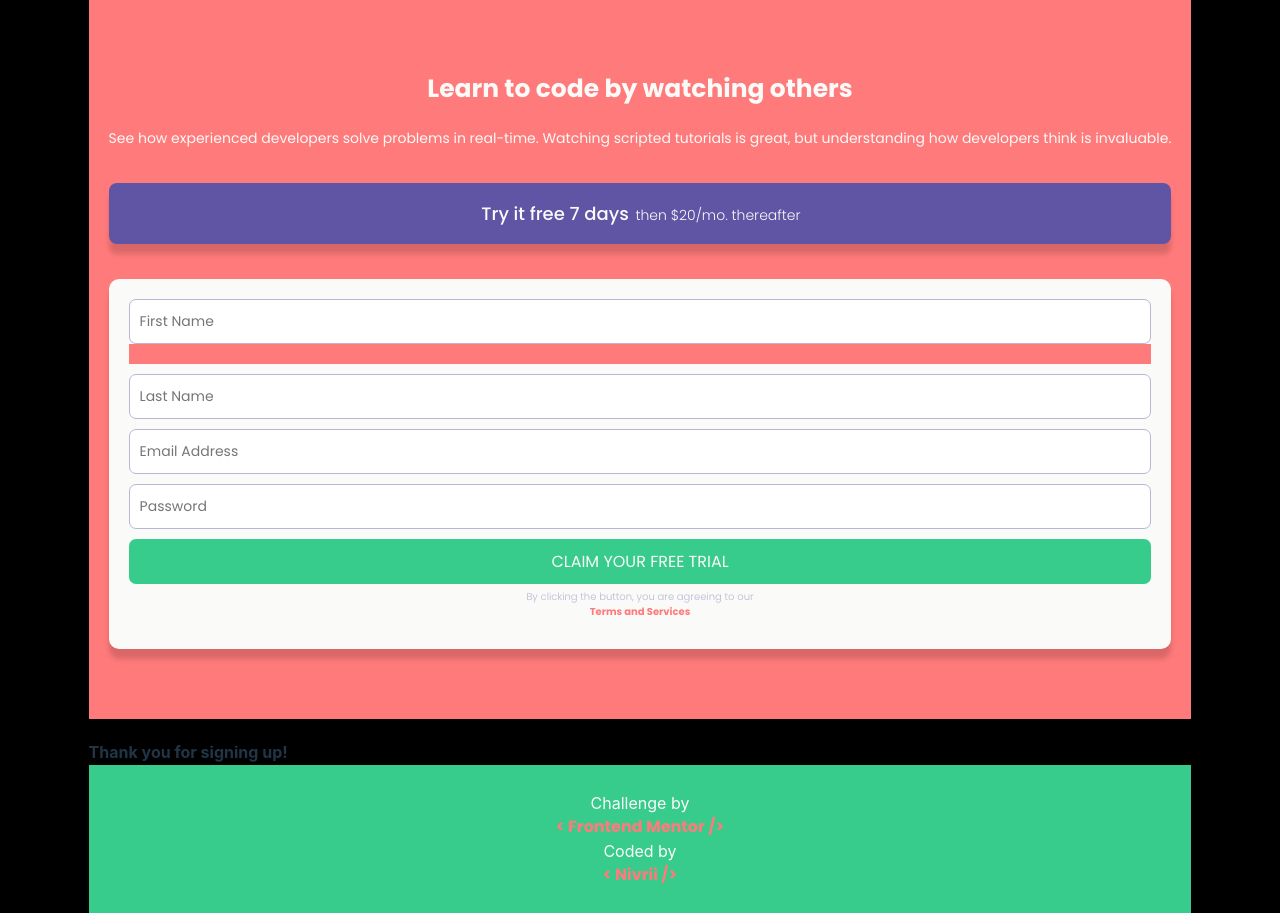
Repository: nivrii/intro-component-with-signup
Page: /
The author's editor kept a copy of each file at every save. The page is drawn from the files as they stood at one save, then again after the next save.
The browser window is 1280 px wide. The pictures show the whole page.
The project was rebuilt for these pictures with package versions that can differ from the ones it lists, and the page was loaded fresh each time. Also part of the build but not shown: vite.config.js.

Above is the page before, as saved 2023-10-13 18:00:34.

### src/App.jsx
import { Footer } from './Footer/Footer';
import { Form } from './Form/Form';
import { Card } from './Card/Card';
import { Content } from './Content/Content';
import "./App.css";

function App() {

  return (
    <>
      <div className="container">
        <Content     />
        <Card     />
        <Form   />
      </div>
      <div className="success">
        <h4>Thank you for signing up!</h4>
        <p>

        </p>
      </div>
      <Footer    />
    </>
  );
}

export default App;

### src/Footer/Footer.jsx
import "./Footer.css";
export function Footer() {
  const frontend = '< Frontend Mentor />';
  const coder = "< Nivrii />";
  return (
    <footer>
      <p className="attribution">
        Challenge by{" "}
        <a
          href="https://www.frontendmentor.io?ref=challenge"
          target="_blank"
          rel="noreferrer"
        >
          {frontend}
        </a>
         Coded by{" "}
        <a href="https://github.com/nivrii/intro-component-with-signup">
          {coder}
        </a>
      </p>
    </footer>
  );
}

### src/Form/Form.jsx
import "./Form.css";
import { useState } from "react";

export function Form() {
  const [value, setValue] = useState(0);
  const handleSubmit = (e) => {
    e.preventDefault();
    const formData = new FormData(e.currentTarget);
    const newUser = Object.fromEntries(formData);
    setValue(value + 1);
    console.log(newUser);
    e.currentTarget.reset();
  };

  const handleFName = (e) => {

  }
  return (
    <form action="submit" className="form" onSubmit={handleSubmit}>
      <div className="input-enclose">
        <input
          type="text"
          placeholder="First Name"
          name="fName"
          id="fName"
          className="input"
          onChange={(e) => handleFName(e.target.value)}
        />
        <div className="open err err-fName"></div>
      </div>

      <div className="input-enclose">
        <input
          type="text"
          placeholder="Last Name"
          name="lName"
          id="lName"
          className="input"
        />
        <div className="err err-lName"></div>
      </div>

      <div className="input-enclose">
        <input
          type="email"
          placeholder="Email Address"
          name="email"
          id="email"
          className="input"
        />
        <div className="err err-email"></div>
      </div>

      <div className="input-enclose">
        <input
          type="password"
          placeholder="Password"
          name="password"
          id="password"
          className="input"
        />
        <div className="err err-password"></div>
      </div>

      <button type="submit" className="btn">
        Claim your free trial
      </button>
      <div className="pWrap">
        <p>By clicking the button, you are agreeing to our</p>
        <p>Terms and Services</p>
      </div>
    </form>
  );
}

### src/Card/Card.jsx
import "./Card.css";
export function Card() {
  return (
      <div className="card__content">
        <p><span>Try it free 7 days </span>
        then $20/mo. thereafter</p>
      </div>
  );
}

### src/Content/Content.jsx
import "./Content.css";
export function Content() {
  return (
    <div className="content">
      <h4>Learn to code by watching others</h4>
      <p>
        See how experienced developers solve problems in real-time. Watching
        scripted tutorials is great, but understanding how developers think is
        invaluable.
      </p>
    </div>
  );
}

### src/App.css
*{
  box-sizing: border-box;
  border: 0;
  padding: 0;
}
:root{
  /*Primary colors*/
  --red:hsl(0, 100%, 74%);
  --green: hsl(154, 59%, 51%);
  /*Accent colors*/
  --blue: hsl(248, 32%, 49%);
  --white:#FAFAF9;
  /*Neutral colors*/
  --dark-blue: hsl(249, 10%, 26%);
  --grayish-blue: hsl(246, 25%, 77%);
  /*typography*/
  --fSize: 14px;
  --w4: 400;
  --w5: 500;
  --w6: 600;
  --w7: 700;
}
@font-face {
  font-family: "Poppins-bold";
  src: url(./assets/Fonts/poppins/Poppins-Bold.otf) format("opentype");
}
@font-face {
  font-family: "Poppins-regular";
  src: url(./assets/Fonts/poppins/Poppins-Regular.otf) format("opentype");
}
@font-face {
  font-family: "Poppins-medium";
  src: url(./assets/Fonts/poppins/Poppins-Medium.otf) format("opentype");
}
@font-face {
  font-family: "Poppins-light";
  src: url(./assets/Fonts/poppins/Poppins-Light.otf) format("opentype");
}
body{
  display: flex;
  flex-direction: column;
  background-color:#000;
}
.container{
  display: flex;
  flex-direction: column;
  align-items: center;
  justify-content: center;
  width: 100%;
  background-color: var(--red);
  padding: 50px 20px 70px ;
  margin: 0;
}

### src/Footer/Footer.css
@import url(../App.css);

footer{
    width: 100%;
    height: 100%;
    background-color: var(--green) !important;
    margin: -20px 0 0;
    padding: 10px;
}
.attribution{
    color: var(--white);
    font-family: 'Poppins-regular' sans-serif;
    display: flex;
    flex-direction: column;
    text-align: center;
    & a{
        color:var(--red);
        font-family: 'Poppins-bold', sans-serif;
        text-decoration: none;
&:hover{
    color:var(--white);
    text-decoration: line-through;
}
    }
}

### src/Form/Form.css
@import url(../App.css);

.form {
  display: flex;
  flex-direction: column;
  background-color: var(--white);
  width: 100%;
  margin-top: 15px;
  padding: 20px;
  gap: 10px;
  border-radius: 10px;
  box-shadow: 0 10px 5px rgba(0, 0, 0, 0.15);
  & .input,
  .btn {
    height: 45px;
    width: 100%;
    border-radius: 7px;
    font-family: "Poppins-regular", sans-serif;
  }
  & .input-enclose {
    display: flex;
    flex-direction: column;
    .input {
      border: 1px solid var(--grayish-blue);
      padding-left: 10px;
      font-size: var(--fSize);
    }
    & .err {
      display: none;
    }
    & .open {
      display: block;
      background-color: var(--red);
      height: 20px;
    }
  }
  & .btn {
    background-color: var(--green);
    color: var(--white);
    text-transform: uppercase;
    transition-duration: 0.3s;
    transition-timing-function: ease;
    &:hover {
      transform: scale(1.05);
    }
  }
  & .pWrap {
    padding: 10px;
    text-align: center;
    margin-top: -15px;
    & * {
      margin: 0;
      font-size: 10px;
    }
    & p:nth-child(1) {
      font-family: "Poppins-light", sans-serif;
      color: var(--grayish-blue);
    }
    & p:nth-child(2) {
      font-family: "Poppins-bold", sans-serif;
      color: var(--red);
    }
  }
}

### src/Card/Card.css
@import url(../App.css);

.card__content{
    width: 100%;
    background-color: var(--blue);
    border-radius: 8px;
    padding: 15px 40px;
    margin: 20px 0;
    box-shadow: 0 10px 5px rgba(0, 0, 0, 0.15);
    & *{
        color: var(--white);
        text-align: center;
        margin: 2px;
    }& span{
        font-size: 18px;
        font-family: 'Poppins-medium', sans-serif;
    }
    & p{
        font-family: 'Poppins-light', sans-serif;
        font-size: var(--fSize);

    }
}

### src/Content/Content.css
@import url(../App.css);

.content {
  & * {
    color: var(--white);
    text-align: center;
  }
  & h4 {
    font-size: 25px;
    margin: 20px;
    font-family: 'Poppins-bold', sans-serif;
  }
  & p {
    font-size: var(--fSize);
    font-family: 'Poppins-regular', sans-serif;
  }
}

Loaded but not shown: index.html (common file); src/main.jsx (common file); src/index.css (common file)

After the next save:
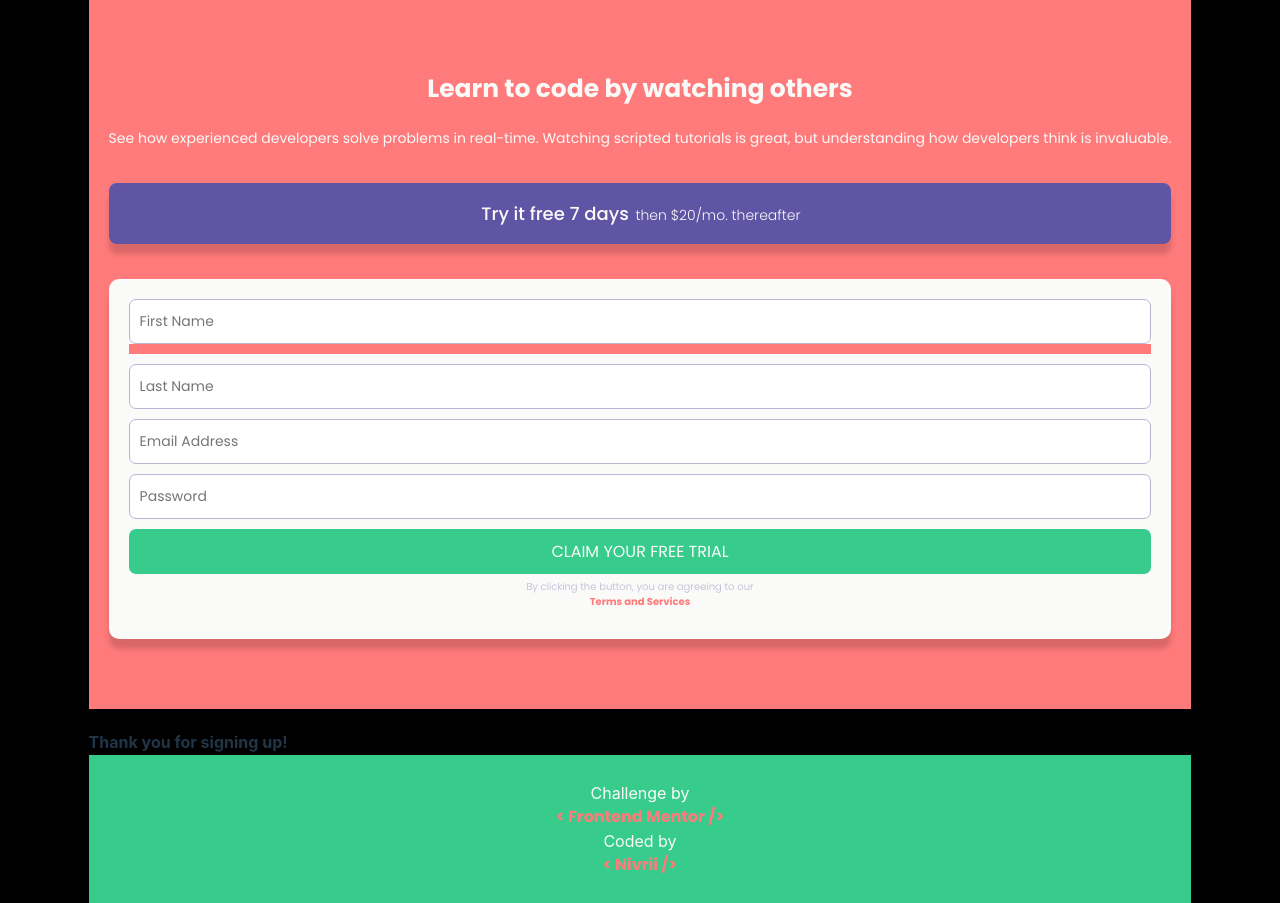
Saved 8 s later.
--- a/src/Form/Form.css
+++ b/src/Form/Form.css
@@ -31,7 +31,7 @@
     & .open {
       display: block;
       background-color: var(--red);
-      height: 20px;
+      height: 10px;
     }
   }
   & .btn {
